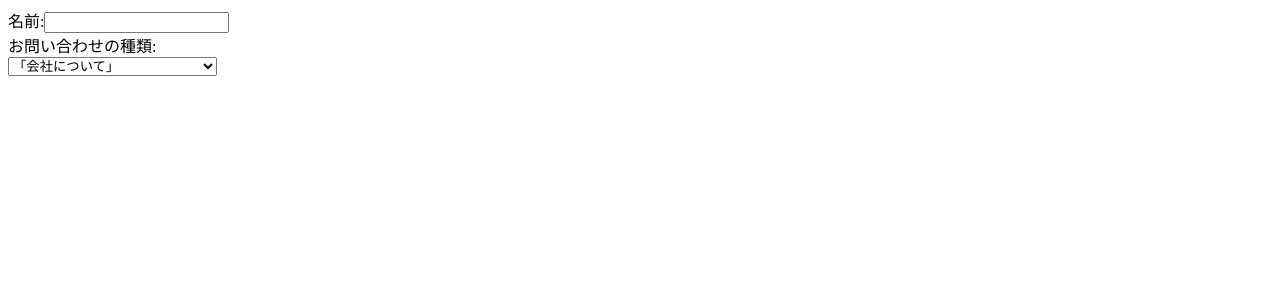
Repository: sakku-14/sukkiri_servlet
Page: http://localhost/lucky/ex5_2.jsp
An editor plug-in stored every save of this project. The page is shown before and after the next save, followed by the edit.
The browser window is 1280 px wide. The pictures show the whole page.
The page is served by Tomcat 9.

Above is the page before, as saved 2021-10-18 02:15:33.

After the next save:
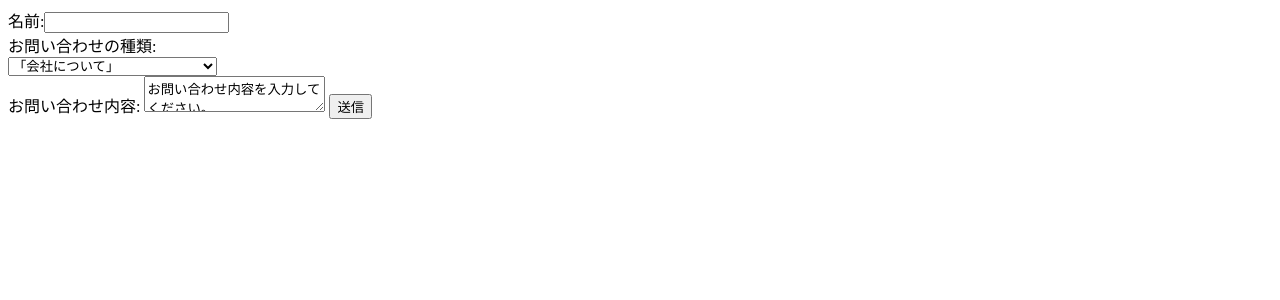
Saved 3 min 26 s later.
--- a/lucky/src/main/webapp/ex5_2.jsp
+++ b/lucky/src/main/webapp/ex5_2.jsp
@@ -10,11 +10,15 @@
 <form action="/lucky/testenq" method="post">
 名前:<input type="text" name="name"><br>
 お問い合わせの種類:<br>
-<select>
+<select name="qtype">
 <option value="company">「会社について」</option>
 <option value="product">「製品について」</option>
 <option value="support">「アフターサポートについて」</option>
 </select>
+<br>
+お問い合わせ内容:
+<textarea name="body">お問い合わせ内容を入力してください。</textarea>
+<input type="submit" value="送信">
 </form>
 </body>
 </html>
